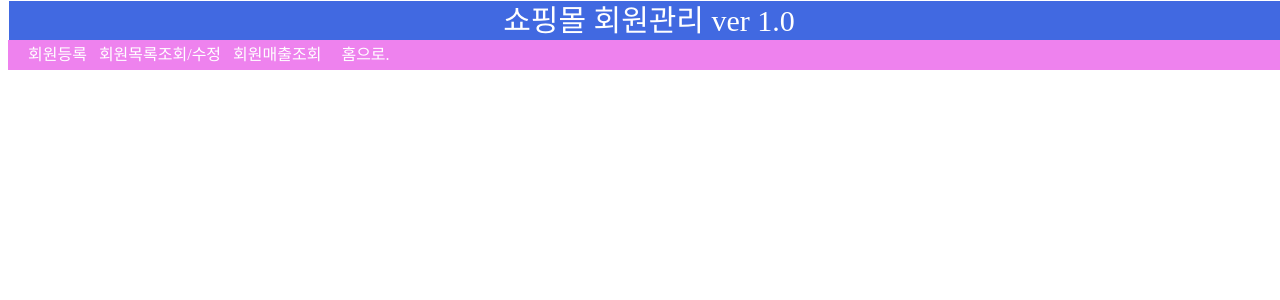
Repository: GotChun/license_practice
Page: http://localhost/HRD_8155/
These files come from the project's save history. The page is drawn as it stood at one moment and after the next save; the edit follows.
The browser window is 1280 px wide. The pictures show the whole page.
The page is served by Tomcat 9. Other server files are loaded and not shown.

Above is the page before, as saved 2025-02-18 14:20:04.

### HRD_8155/src/main/webapp/index.jsp
<%@ page language="java" contentType="text/html; charset=UTF-8"
    pageEncoding="UTF-8"%>
<!DOCTYPE html>
<html>
<head>
<meta charset="UTF-8">
<title>index</title>
</head>
<body>
	<header style=" position: fixed; top:0px; width: 100%; height:40px;
	 border:1px solid; background-color:royalblue; text-align: center; line-height:40px; font-size:30px; color:white;">쇼핑몰 회원관리 ver 1.0	</header>

	 <nav style="position:fixed; top:40px; width:100%; height:30px; line-height:30px;
	 background-color:violet; color:white; padding-left:20px;">회원등록&nbsp;&nbsp;  회원목록조회/수정&nbsp;&nbsp;  회원매출조회&nbsp;&nbsp;&nbsp;&nbsp;  홈으로. </nav>

	 <section>
	 	쇼핑몰 회원관리 프로그램
	 	쇼핑몰 회원정보와 회원매출정보 데이터베이스를 구축하고 회원관리 프로그램을 작성하는 프로그램이다.<br>
	 </section>
</body>
</html>

After the next save:
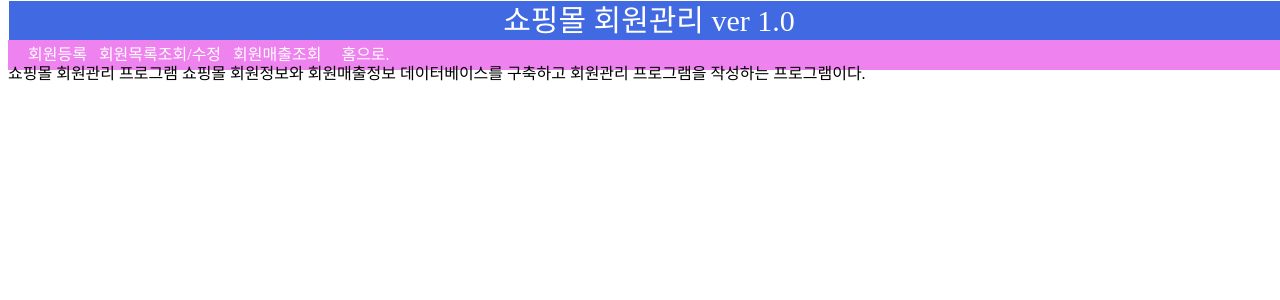
Saved 45 s later.
--- a/HRD_8155/src/main/webapp/index.jsp
+++ b/HRD_8155/src/main/webapp/index.jsp
@@ -13,9 +13,10 @@
 	 <nav style="position:fixed; top:40px; width:100%; height:30px; line-height:30px;
 	 background-color:violet; color:white; padding-left:20px;">회원등록&nbsp;&nbsp;  회원목록조회/수정&nbsp;&nbsp;  회원매출조회&nbsp;&nbsp;&nbsp;&nbsp;  홈으로. </nav>
 
-	 <section>
+	 <section style="position:fixed; top:60px; ">
 	 	쇼핑몰 회원관리 프로그램
 	 	쇼핑몰 회원정보와 회원매출정보 데이터베이스를 구축하고 회원관리 프로그램을 작성하는 프로그램이다.<br>
 	 </section>
+
 </body>
 </html>
